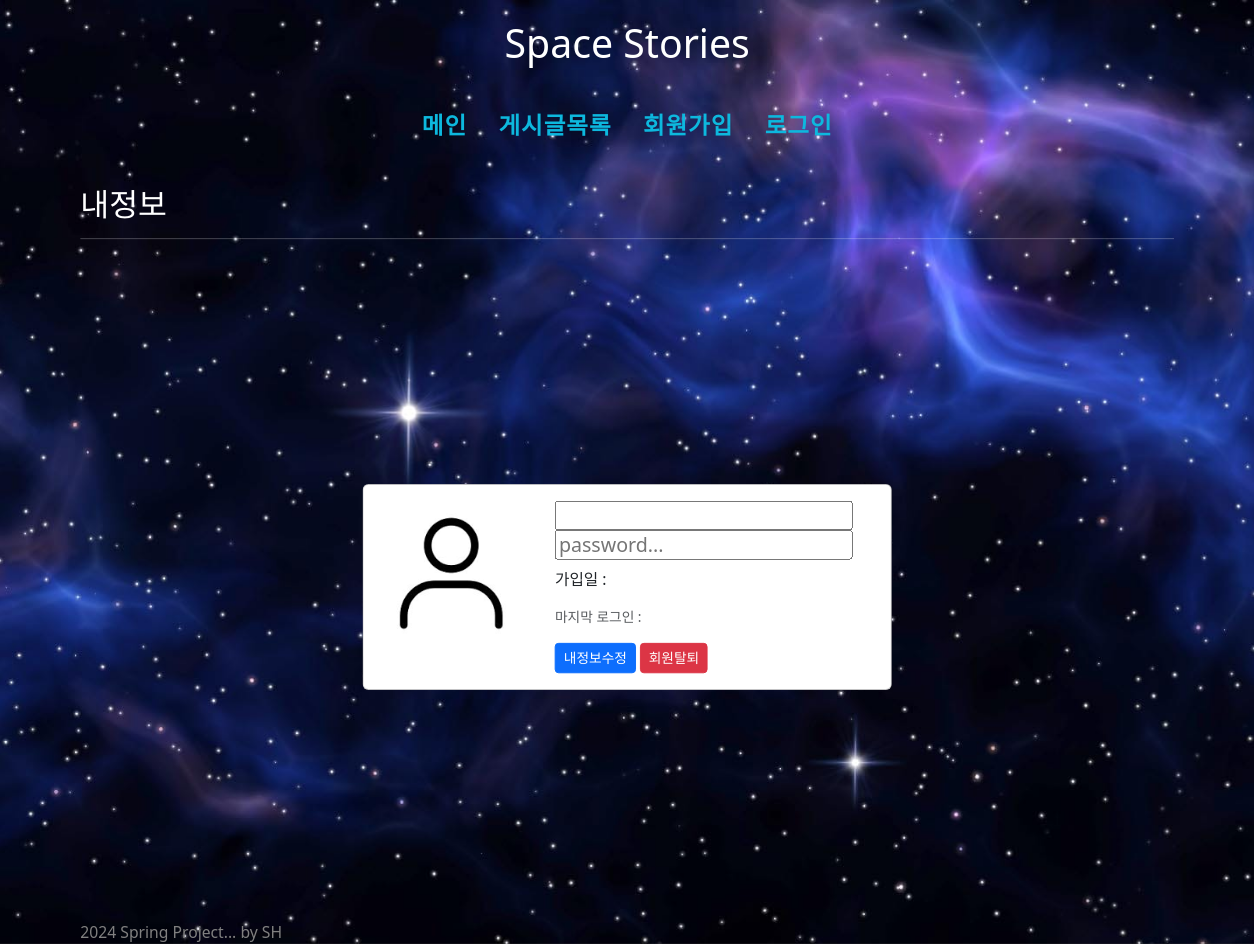
Repository: dtkd19/spring_personal_project
Page: http://localhost/myproject/WEB-INF/views/user/mypage.jsp
These files come from the project's save history. The page is drawn as it stood at one moment and after the next save; the edit follows.
The browser window is 1280 px wide. The pictures show the whole page, at 98% of full size.
The page is served by Tomcat 9. Nobody is signed in. Other server files are loaded and not shown. The template is opened directly, without the code that normally fills it, so the values that code supplies are empty.

Above is the page before, as saved 2024-11-11 00:46:47.

### myproject/src/main/webapp/WEB-INF/views/user/mypage.jsp
<%@ page language="java" contentType="text/html; charset=UTF-8"
    pageEncoding="UTF-8"%>
<%@ taglib uri="http://java.sun.com/jsp/jstl/core" prefix="c"%>
<%@ taglib uri="http://www.springframework.org/security/tags" prefix="sec" %>
<link href="../resources/css/mypage.css" rel="stylesheet"/>

<jsp:include page="../layout/header.jsp" />
<div class="container-md Cmd">
	<h2> 내정보 </h2>
	<hr>

	<sec:authentication property="principal.uvo" var="uvo"/>
		<form action="/user/mypage" method="post">
		<input type="hidden" name="email" value="${uvo.email }">
		<div class="card mb-3" style="max-width: 540px;">
			<div class="row g-0">
				<div class="col-md-4">
					<img src="/resources/image/사람2.png" class="img-fluid rounded-start"
						alt="...">
				</div>
				<div class="col-md-8">
					<div class="card-body">
						<h5 class="card-title">
							<input type="text" id="n" name="nickName" value="${uvo.nickName }">
							<input type="text" id="p" name="pwd" placeholder="password...">
						</h5>
						<c:forEach items="${uvo.authList }" var="avo">
							<span class="badge text-bg-info">${avo.auth }</span>
						</c:forEach>
						<p class="card-text">가입일 : ${uvo.regDate }</p>
						<p class="card-text">
							<small class="text-body-secondary">마지막 로그인 :
								${uvo.lastLogin }</small>
						</p>
						<a href="/user/modify"><button type="submit" class = "btn btn-primary btn-sm">내정보수정</button></a>
						<a href="/user/delete"><button type="button" class = "btn btn-danger btn-sm">회원탈퇴</button></a>
					</div>
				</div>
			</div>
		</div>
		</form>

</div>
<jsp:include page="../layout/footer.jsp" />

### myproject/src/main/webapp/resources/css/mypage.css
@charset "UTF-8";

.Cmd{
	height: 700px;
}


.card{
	margin: 0 auto;
	margin-top: 250px;
}

### myproject/src/main/webapp/resources/css/header.css
@charset "UTF-8";

body{
	background-image: url("../image/123123123.jpg");
    background-size: cover;
    background-position: center center;
    background-repeat: no-repeat;

.nbar{
	width : 100%;
	color: #ECF0F5;
}

.nbar a{
	  color: #0DB8DE;
	  text-decoration: none;
	  font-weight: bold;
	  letter-spacing: 1px;
	  transition: color 0.3s ease;
	  margin-top: 10px;
}
.nbar a:hover {
    color: #0098C;
}

.container-md{
	margin-top: 30px;
	color: white;
}

.pj{
	padding: 20px;
	color: white;
}

Loaded but not shown: myproject/src/main/webapp/WEB-INF/views/layout/header.jsp (common file); myproject/src/main/webapp/WEB-INF/views/layout/footer.jsp (common file)

After the next save:
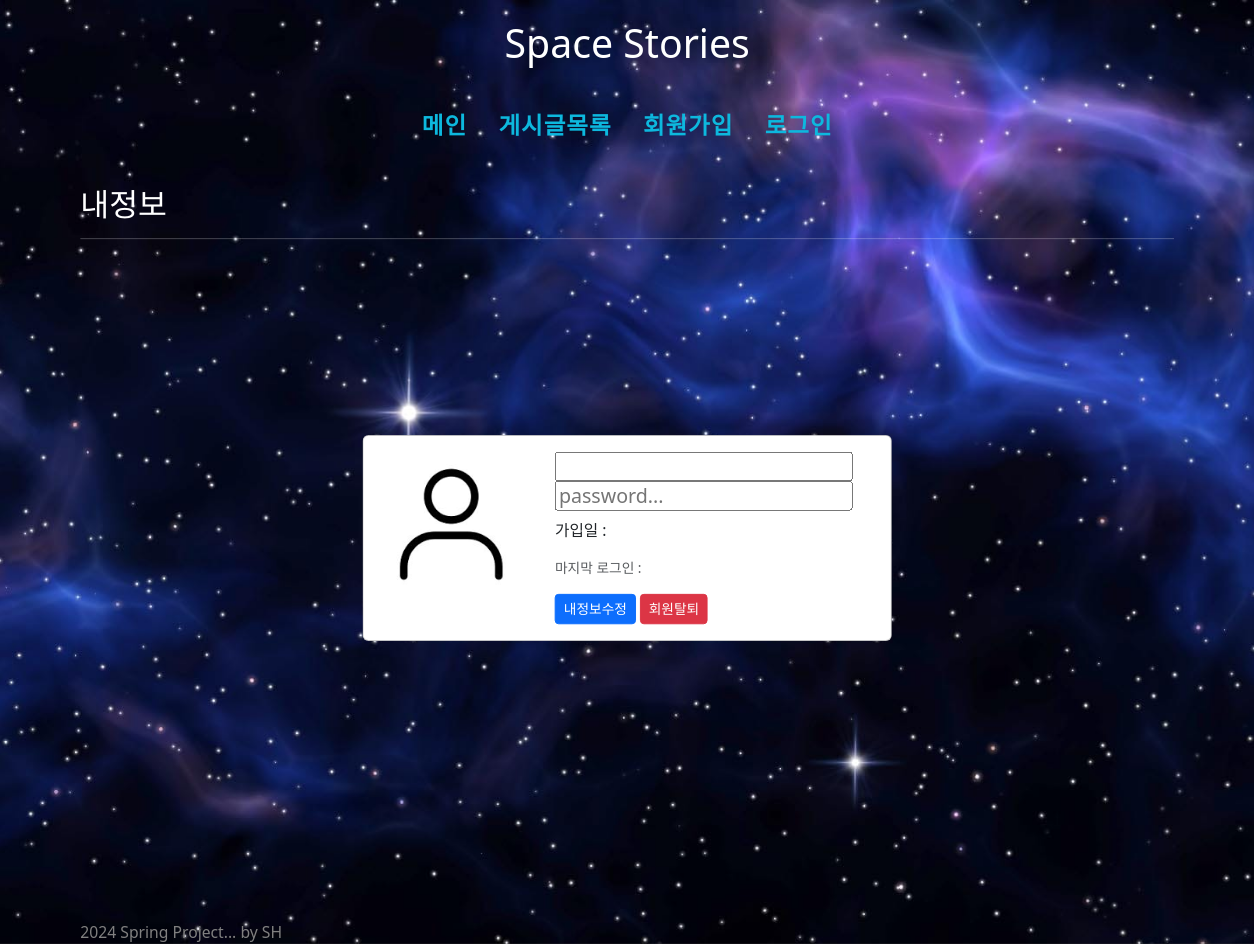
Saved 5 s later.
--- a/myproject/src/main/webapp/resources/css/mypage.css
+++ b/myproject/src/main/webapp/resources/css/mypage.css
@@ -7,5 +7,5 @@
 
 .card{
 	margin: 0 auto;
-	margin-top: 250px;
+	margin-top: 200px;
 }
